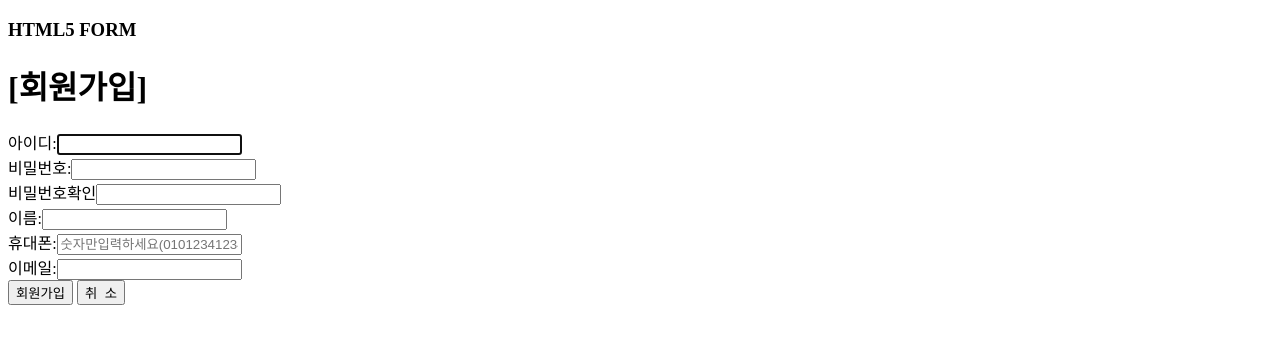
Repository: helloJunejun/WorkSpace_WebUi
Page: 0.3html5_form/src/main/webapp/sample_html5-1.html
An editor plug-in stored every save of this project. The page is shown before and after the next save, followed by the edit.
The browser window is 1280 px wide. The pictures show the whole page.

Above is the page before, as saved 2021-06-24 05:42:44.

### 0.3html5_form/src/main/webapp/sample_html5-1.html
<!DOCTYPE html>
<html>
<head>
<meta charset="UTF-8">
<title>HTML5 FORM 예제</title>
</head>
<body>
<h3>HTML5 FORM</h3>
<form action="" method="get">
<h1>[회원가입]</h1>
	<form action="result.html" method="post">
		아이디:<input type="text" name="memberId"
				autofocus="autofocus"
				required="required"><br>
		비밀번호:<input type="password" name="memberPw"
				required="required"><br>
		비밀번호확인<input type="password" name="memberPw"
				required="required"><br>
		이름:<input type="text" name="name"
				required="required"><br>
		휴대폰:<input type="text" name="mobile"
				required="required"
				placeholder="숫자만입력하세요(01012341234)"><br>
		이메일:<input type="text" name="email"
				required="required"><br>


		<input type="submit" value="회원가입">
		<input type="reset" value="취  소">


	</form>
</form>
</body>
</html>

After the next save:
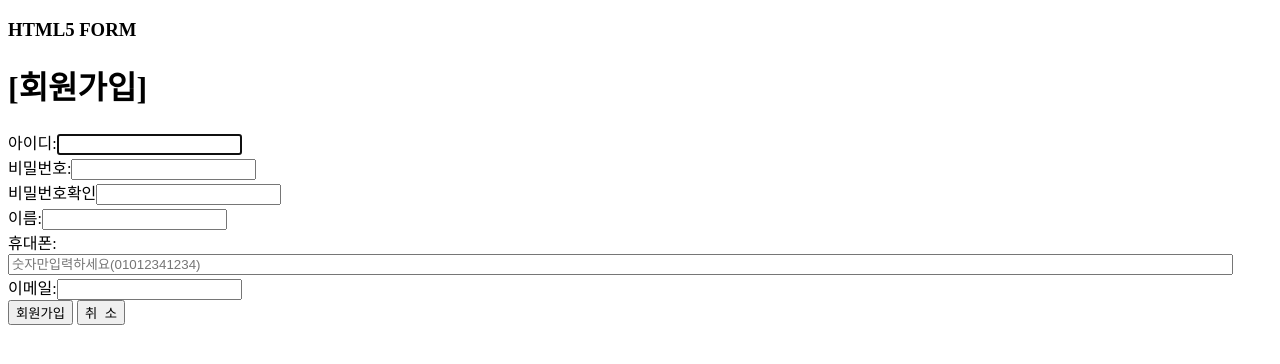
Saved 16 s later.
--- a/0.3html5_form/src/main/webapp/sample_html5-1.html
+++ b/0.3html5_form/src/main/webapp/sample_html5-1.html
@@ -20,7 +20,8 @@
 				required="required"><br>
 		휴대폰:<input type="text" name="mobile"
 				required="required"
-				placeholder="숫자만입력하세요(01012341234)"><br>
+				placeholder="숫자만입력하세요(01012341234)"
+				size="150"><br>
 		이메일:<input type="text" name="email"
 				required="required"><br>
 
